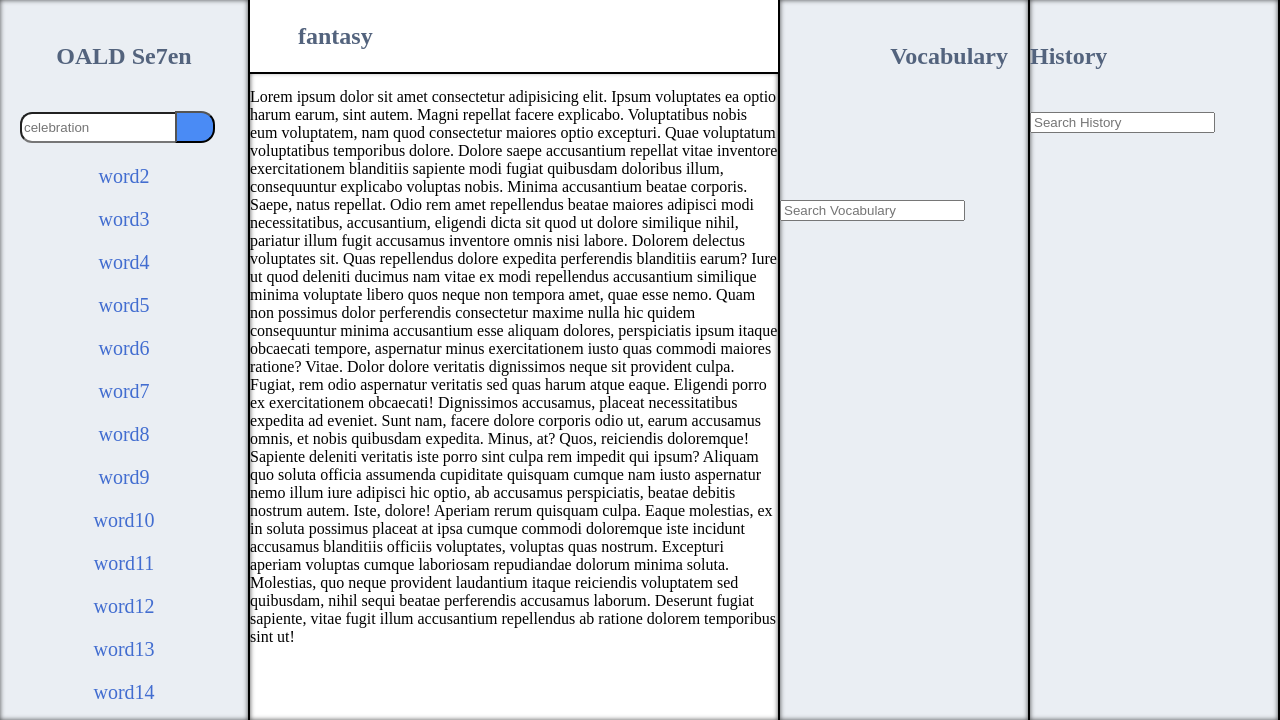
Repository: JJianZ/miao
Page: a.html
The author's editor kept a copy of each file at every save. The page is drawn from the files as they stood at one save, then again after the next save.
The browser window is 1280 px wide. The pictures show the whole page.

Above is the page before, as saved 2021-11-23 10:51:56.

After the next save:
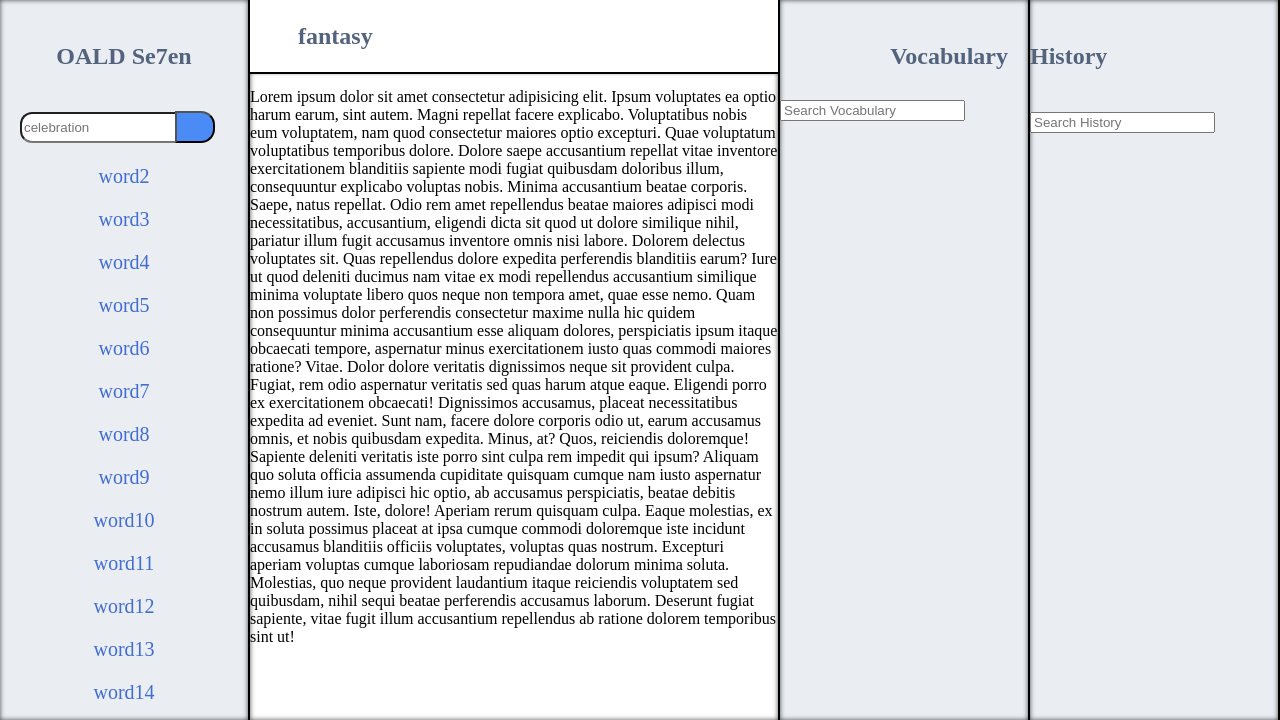
Saved 9 s later.
--- a/a.html
+++ b/a.html
@@ -105,7 +105,7 @@
     }
     .second input {
       position: absolute;
-      top:200px;
+      top:100px;
     }
     .third {
       right: 0px;
